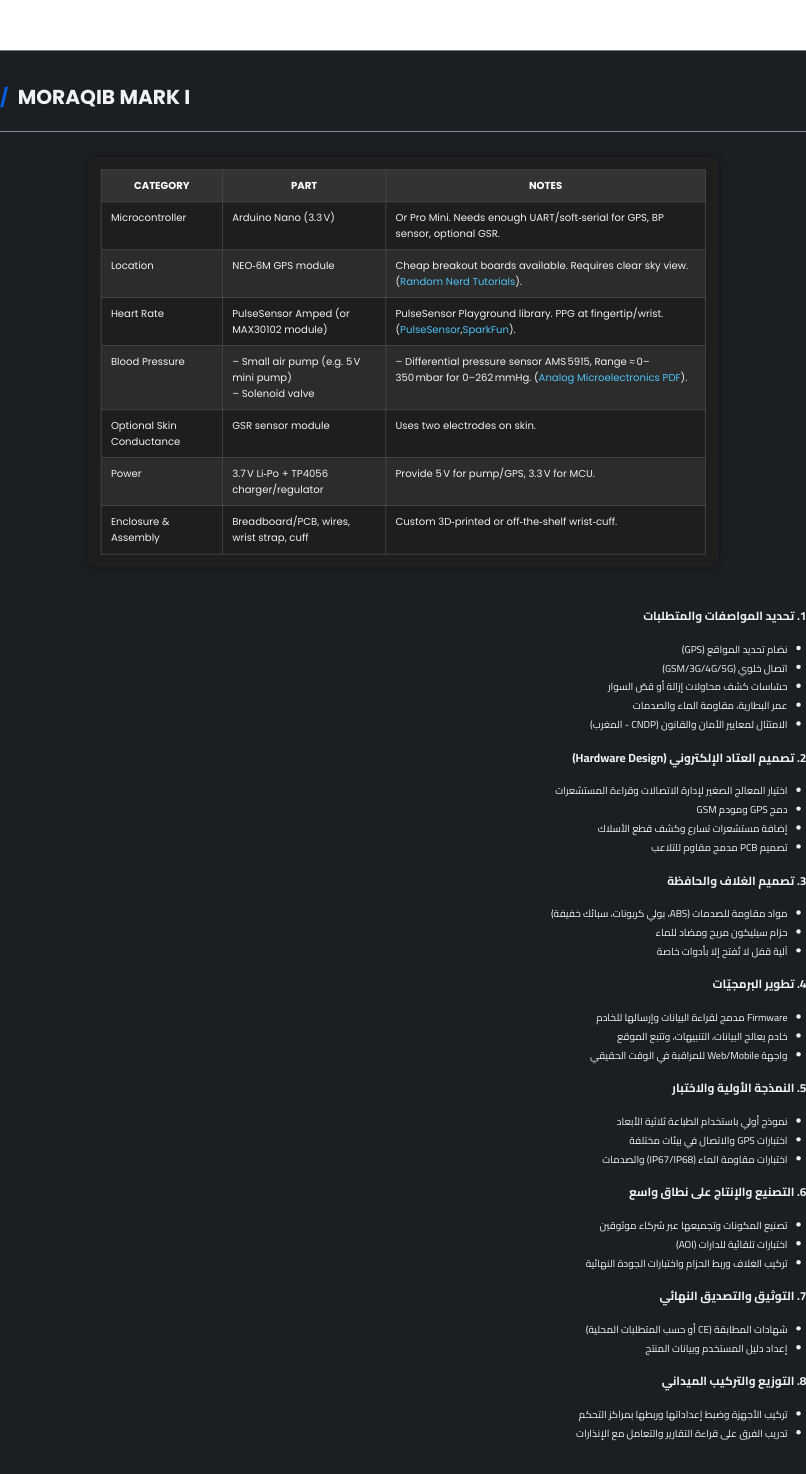
Repository: ayoubgharts/nextjs_protfolio
Page: /tutorials
The author's editor kept a copy of each file at every save. The page is drawn from the files as they stood at one save, then again after a run of saves.
The browser window is 1280 px wide. The pictures show the whole page, at 63% of full size.
The project was rebuilt for these pictures with package versions that can differ from the ones it lists, and the page was loaded fresh each time. The framework's server and built-in components were replaced by stand-ins that run in the browser. Also part of the build but not shown: next.config.mjs.

Above is the page before, as saved 2025-06-01 00:58:53.

### src/app/tutorials/page.jsx
// pages/tutorials.js
import Link from "next/link";
import styles from "./tutorials.module.css";

import { Container } from "react-bootstrap";

import SectionTitle from "@/components/buttons/section-title/SectionTitle";

export default function Tutorials() {
  return (
    <main className={styles.tutorials}>
      <Container>
        <SectionTitle textContent={"MORAQIB mark I"} />


        <div className={styles.tableWrapper}>
      <table className={styles.partsTable}>
        <thead>
          <tr>
            <th>Category</th>
            <th>Part</th>
            <th>Notes</th>
          </tr>
        </thead>
        <tbody>
          <tr>
            <td>Microcontroller</td>
            <td>Arduino Nano (3.3 V)</td>
            <td>Or Pro Mini. Needs enough UART/soft‑serial for GPS, BP sensor, optional GSR.</td>
          </tr>
          <tr>
            <td>Location</td>
            <td>NEO‑6M GPS module</td>
            <td>
              Cheap breakout boards available. Requires clear sky view.
              (<a href="https://randomnerdtutorials.com/guide-to-neo-6m-gps-module-with-arduino/?utm_source=chatgpt.com" target="_blank">Random Nerd Tutorials</a>).
            </td>
          </tr>
          <tr>
            <td>Heart Rate</td>
            <td>PulseSensor Amped (or MAX30102 module)</td>
            <td>
              PulseSensor Playground library. PPG at fingertip/wrist.
              (<a href="https://pulsesensor.com/pages/code-and-guide?utm_source=chatgpt.com" target="_blank">PulseSensor</a>,
              <a href="https://www.sparkfun.com/pulse-sensor.html?utm_source=chatgpt.com" target="_blank">SparkFun</a>).
            </td>
          </tr>
          <tr>
            <td>Blood Pressure</td>
            <td>
              – Small air pump (e.g. 5 V mini pump)<br />– Solenoid valve
            </td>
            <td>
              – Differential pressure sensor AMS 5915, Range ≈ 0–350 mbar for 0–262 mmHg.
              (<a href="https://www.analog-micro.com/products/pressure-sensors/board-mount-pressure-sensors/ams5915/ams5915-an03.pdf?utm_source=chatgpt.com" target="_blank">Analog Microelectronics PDF</a>).
            </td>
          </tr>
          <tr>
            <td>Optional Skin Conductance</td>
            <td>GSR sensor module</td>
            <td>Uses two electrodes on skin.</td>
          </tr>
          <tr>
            <td>Power</td>
            <td>3.7 V Li‑Po + TP4056 charger/regulator</td>
            <td>Provide 5 V for pump/GPS, 3.3 V for MCU.</td>
          </tr>
          <tr>
            <td>Enclosure & Assembly</td>
            <td>Breadboard/PCB, wires, wrist strap, cuff</td>
            <td>Custom 3D‑printed or off‑the‑shelf wrist‑cuff.</td>
          </tr>
        </tbody>
      </table>
        </div>

        <div className={styles.project}>
          <h3>1. تحديد المواصفات والمتطلبات</h3>
          <ul>
            <li>نضام تحديد المواقع (GPS)</li>
            <li>اتصال خلوي (GSM/3G/4G/5G)</li>
            <li>حسّاسات كشف محاولات إزالة أو قصّ السوار</li>
            <li>عمر البطارية، مقاومة الماء والصدمات</li>
            <li>الامتثال لمعايير الأمان والقانون (CNDP - المغرب)</li>
          </ul>

          <h3>2. تصميم العتاد الإلكتروني (Hardware Design)</h3>
          <ul>
            <li>اختيار المعالج الصغير لإدارة الاتصالات وقراءة المستشعرات</li>
            <li>دمج GPS ومودم GSM</li>
            <li>إضافة مستشعرات تسارع وكشف قطع الأسلاك</li>
            <li>تصميم PCB مدمج مقاوم للتلاعب</li>
          </ul>

          <h3>3. تصميم الغلاف والحافظة</h3>
          <ul>
            <li>مواد مقاومة للصدمات (ABS، بولي كربونات، سبائك خفيفة)</li>
            <li>حزام سيليكون مريح ومضاد للماء</li>
            <li>آلية قفل لا تُفتح إلا بأدوات خاصة</li>
          </ul>

          <h3>4. تطوير البرمجيّات</h3>
          <ul>
            <li>Firmware مدمج لقراءة البيانات وإرسالها للخادم</li>
            <li>خادم يعالج البيانات، التنبيهات، وتتبع الموقع</li>
            <li>واجهة Web/Mobile للمراقبة في الوقت الحقيقي</li>
          </ul>

          <h3>5. النمذجة الأولية والاختبار</h3>
          <ul>
            <li>نموذج أولي باستخدام الطباعة ثلاثية الأبعاد</li>
            <li>اختبارات GPS والاتصال في بيئات مختلفة</li>
            <li>اختبارات مقاومة الماء (IP67/IP68) والصدمات</li>
          </ul>

          <h3>6. التصنيع والإنتاج على نطاق واسع</h3>
          <ul>
            <li>تصنيع المكونات وتجميعها عبر شركاء موثوقين</li>
            <li>اختبارات تلقائية للدارات (AOI)</li>
            <li>تركيب الغلاف وربط الحزام واختبارات الجودة النهائية</li>
          </ul>

          <h3>7. التوثيق والتصديق النهائي</h3>
          <ul>
            <li>شهادات المطابقة (CE أو حسب المتطلبات المحلية)</li>
            <li>إعداد دليل المستخدم وبيانات المنتج</li>
          </ul>

          <h3>8. التوزيع والتركيب الميداني</h3>
          <ul>
            <li>تركيب الأجهزة وضبط إعداداتها وربطها بمراكز التحكم</li>
            <li>تدريب الفرق على قراءة التقارير والتعامل مع الإنذارات</li>
          </ul>

        </div>
      </Container>
    </main>
  );
}

### src/app/globals.css

/*? import google font 'Poppins' */
@import url('https://fonts.googleapis.com/css2?family=Poppins:wght@100;200;300;400;500;600;700&family=Raleway:ital,wght@0,100..900;1,100..900&display=swap');

/*? all variables */
:root {
  /*. Web colors vars */
  --dark:      #1b1f24;
  --dark-fixed:      #1b1f24;
  --dark-300:  #23282f;
  --dark-400:  #2b323b;
  --dark-300-opacity:  #23282fab;
  --dark-400-opacity:  #2b323bb0;
  --dark-300-fixed:#282c31;
  --dark-500:  #333c47;
  --dark-600:  #4d5a6a;
  --dark-700:  #778392;
  --dark-800:  #9da6b3;

  --light:     #f0f2f4;
  --light-fixed:     #f0f2f4;
  --light-300: #454649;
  --light-400: #c3cad5;
  --light-500: #8895aa;

  --primary:   #075fe4;
  --primary-dark:   #12499c;
  --primary-light:   #6b93cf;
  --success:   #11845b;
  --danger:    #c6303e;
  --danger-dark:    #992934;
  --warning:   #fd7e14;

  --purple:    #4c0bce;
  --purple-dark:    #330f7c;
  --violet:    #712cf9;
  --pink:    #f92c8c;
  --yellow:    #ffc107;
  --green:     #198754;
  --teal:      #20c997;
  --cyan:      #0dcaf0;

  /*. Mobile Var Colors */
  --mobile-dark:      #1b1f24;
  --mobile-light:     #f0f2f4;
  --mobile-dark-300:  #23282f;
  --mobile-dark-500:  #333c47;
  --mobile-dark-700:  #778392;



  /*. transitions vars */
  --trans-03: all ease .3s;
  --trans-05: all ease .5s;

  /*. border radius vars */
  --br-8: 8px;
  --br-50: 50px;

  /*. padding global default */
  --container-120: 0 120px;
  --container-60: 0 60px;
  --container-20: 0 20px;

  /*. buttons vars */
  --btn-padding: 10px 25px;
  --btn-font-size: 1.2rem;
  --btn-font-media: 0.9rem;
  --light-btn:#f0f2f4;

}


/* Light mode overrides */
.light-mode {

  /*. web switch colors */
  --dark:       #e0e3e6;
  --dark-300:  #cdd6e2;
  --dark-400:  #c7cfd8;
  --dark-300-opacity:  #b6bfccab;
  --dark-400-opacity:  #b5bfccb0;
  --dark-500:   #c2c8d3;
  --dark-600:  #4d5a6a;
  --dark-700:  #eff3f7;
  --dark-800:  #757c85;

  --light:     #1b1f24;
  --light-300: #dde1e9;
  --light-400: #c3cad5;
  --light-500: #8895aa;

  /*. mobile switch colors */
  --mobile-dark:      #f0f2f4;
  --mobile-light:     #1b1f24;
  --mobile-dark-500:  #b5bcc4;
  --mobile-dark-700:  #778392;
  --mobile-dark-300:  #e4e7ec;
}


/*? Global Styles */
*{
  font-family: "Poppins", sans-serif;
  box-sizing: border-box;
  padding: 0;
  margin: 0;
}

body {
  font-family: "Poppins", sans-serif;
  box-sizing: border-box;
  padding: 0;
  margin: 0;
}

/*? Normalise */
a, Link{
  color: var(--cyan);
  text-decoration: none !important;
}
ul{
  list-style: none;
  margin: 0;
  padding: 0;
}
ul li{
  margin: 0;
  padding: 0;
}
h1, h2, h3, h4, h5{
  margin: 0;
  padding: 0;
}

i{
  margin: 0;
  padding: 0;
}

.container{
  transition: var(--trans-03);
}

### src/app/tutorials/tutorials.module.css

/*? import google font 'Cairo' */
@import url('https://fonts.googleapis.com/css2?family=Cairo:wght@200..1000&display=swap');


.tutorials{
    margin-top: 80px;
    background: var(--dark);
    padding: 50px 0;
    transition: var(--trans-03);
    text-align: start;
    color: var(--light);
}

.button{
    outline: none;
    border: none;
    background: var(--primary);
    color: var(--light-fixed);
    width: 100%;
    padding: 15px 25px;
    border-radius: 10px;
    margin-top: 30px;
    transition: var(--trans-03);
}

.button:hover{
    background: var(--primary-dark);
}

.project{
    display: flex;
    flex-direction: column;
    width: 100%;
    direction: rtl;
}
.project h3{
    margin: 20px 0;
    font-family: "Cairo";
}
.project ul li{
    font-family: "Cairo";
    list-style-type: disc;
    margin-right: 30px;
}



.tableWrapper {
  margin: 40px auto;
  padding: 20px;
  background-color: #1e1e1e;
  border-radius: 12px;
  box-shadow: 0 0 15px rgba(0, 0, 0, 0.4);
  max-width: 1000px;
  color: #f0f0f0;
}

.partsTable {
  width: 100%;
  border-collapse: collapse;
  text-align: start;
  font-size: 16px;
  line-height: 1.6;
}

.partsTable th,
.partsTable td {
  border: 1px solid #555;
  padding: 12px 15px;
  vertical-align: top;
}

.partsTable thead th {
  background-color: #333;
  color: #fff;
  font-weight: bold;
  text-transform: uppercase;
}

.partsTable tbody tr:nth-child(even) {
  background-color: #2c2c2c;
}

.partsTable a {
  color: #4fc3f7;
  text-decoration: none;
}

.partsTable a:hover {
  text-decoration: underline;
}

### src/components/buttons/section-title/SectionTitle.jsx
import styles from './title.module.css';

export default function SectionTitle({textContent}){
    return(
        <h2 className={styles.h2}>
            {textContent}
        </h2>
    )
}

### src/components/buttons/section-title/title.module.css
.h2{
    font-size: 2rem;
    font-weight: 700;
    text-transform: uppercase;
    color: var(--light);
    width: 100%;
    border-bottom: solid 1.2px var(--light-400);
    margin-bottom: 30px;
    padding-bottom: 30px;
}

.h2::before{
    content: '/';
    color: var(--primary);
    margin-right: 15px;
    font-size: 1.8rem;
}

Loaded but not shown: src/app/layout.js (common file)

After the next 3 saves:
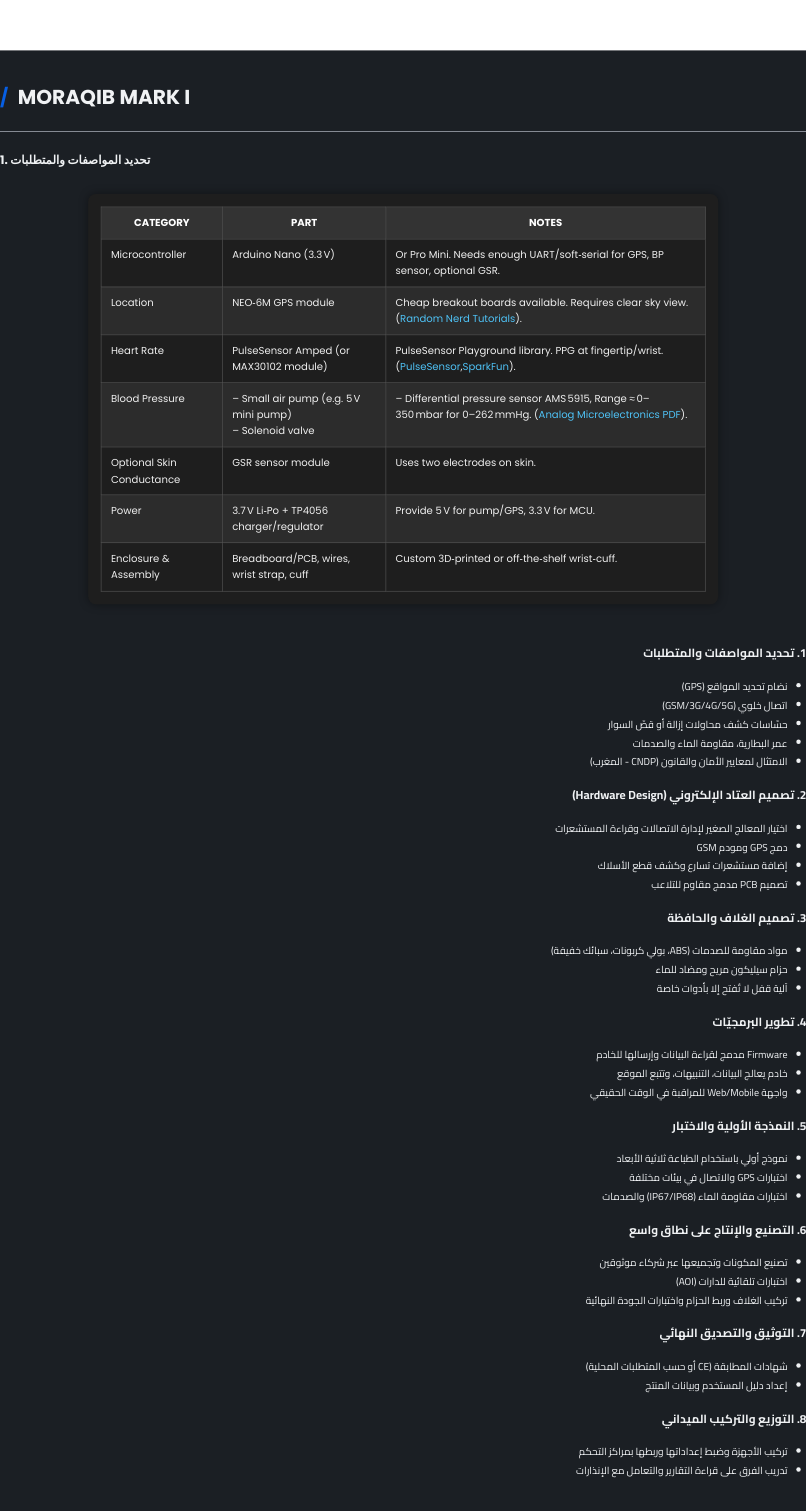
The 3 saves are shown as one change because they came seconds apart.
The last was saved 8 s later.
--- a/src/app/tutorials/page.jsx
+++ b/src/app/tutorials/page.jsx
@@ -12,6 +12,7 @@
       <Container>
         <SectionTitle textContent={"MORAQIB mark I"} />
 
+        <h3>1. تحديد المواصفات والمتطلبات</h3>
 
         <div className={styles.tableWrapper}>
       <table className={styles.partsTable}>
